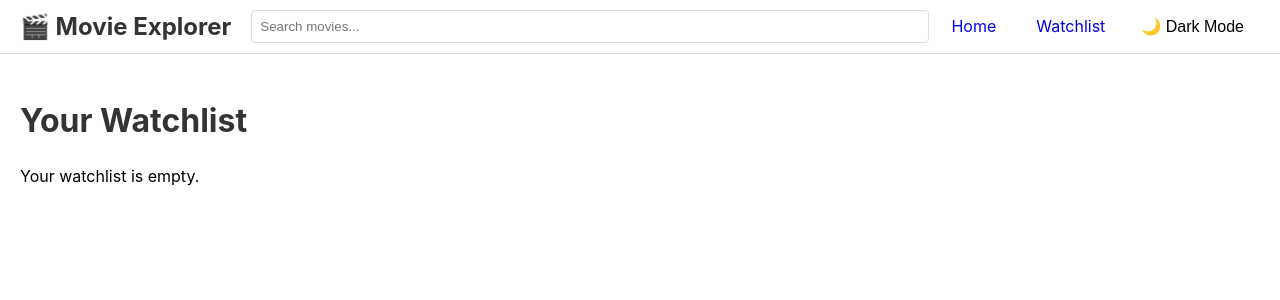
Repository: Akashmadhunala/Assignment-4-Movie_Explorer
Page: /watchlist
An editor plug-in stored every save of this project. The page is shown before and after the next save, followed by the edit.
The browser window is 1280 px wide. The pictures show the whole page.
The project was rebuilt for these pictures with package versions that can differ from the ones it lists, and the page was loaded fresh each time. Also part of the build but not shown: src/components/styles/MovieCard.module.css, src/components/MovieCard.js, src/styles/Home.module.css, src/api/tmdbApi.js, src/pages/Home.js, src/styles/MovieDetail.module.css, src/pages/MovieDetail.js, src/pages/Search.js.

Above is the page before, as saved 2024-10-21 00:55:57.

After the next save:
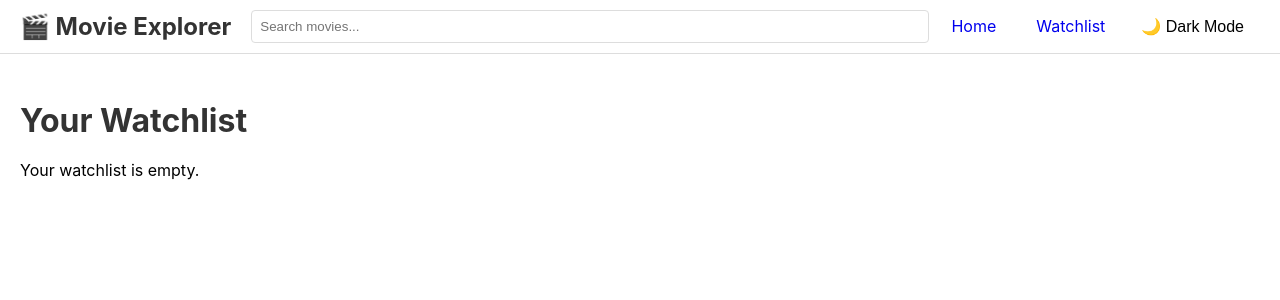
Saved 93 min 9 s later.
--- a/src/styles/Search.module.css
+++ b/src/styles/Search.module.css
@@ -7,3 +7,32 @@
   grid-template-columns: repeat(auto-fill, minmax(200px, 1fr));
   gap: 20px;
 }
+/* Search.module.css */
+.searchResults {
+  padding: 20px;
+}
+
+h2 {
+  margin-bottom: 20px;
+}
+
+/* Style the movie list to display horizontally */
+.movieList {
+  display: flex;
+  flex-wrap: nowrap;   /* Ensure that the items do not wrap to the next line */
+  overflow-x: auto;    /* Allow horizontal scrolling if items overflow */
+  gap: 20px;
+  padding-bottom: 20px;
+}
+
+/* Individual movie cards should have consistent width */
+.movieCard {
+  min-width: 200px;    /* Set a minimum width for each movie card */
+  flex-shrink: 0;      /* Prevent movie cards from shrinking */
+}
+
+.movieCard img {
+  width: 100%;
+  height: auto;
+  border-radius: 8px;
+}
